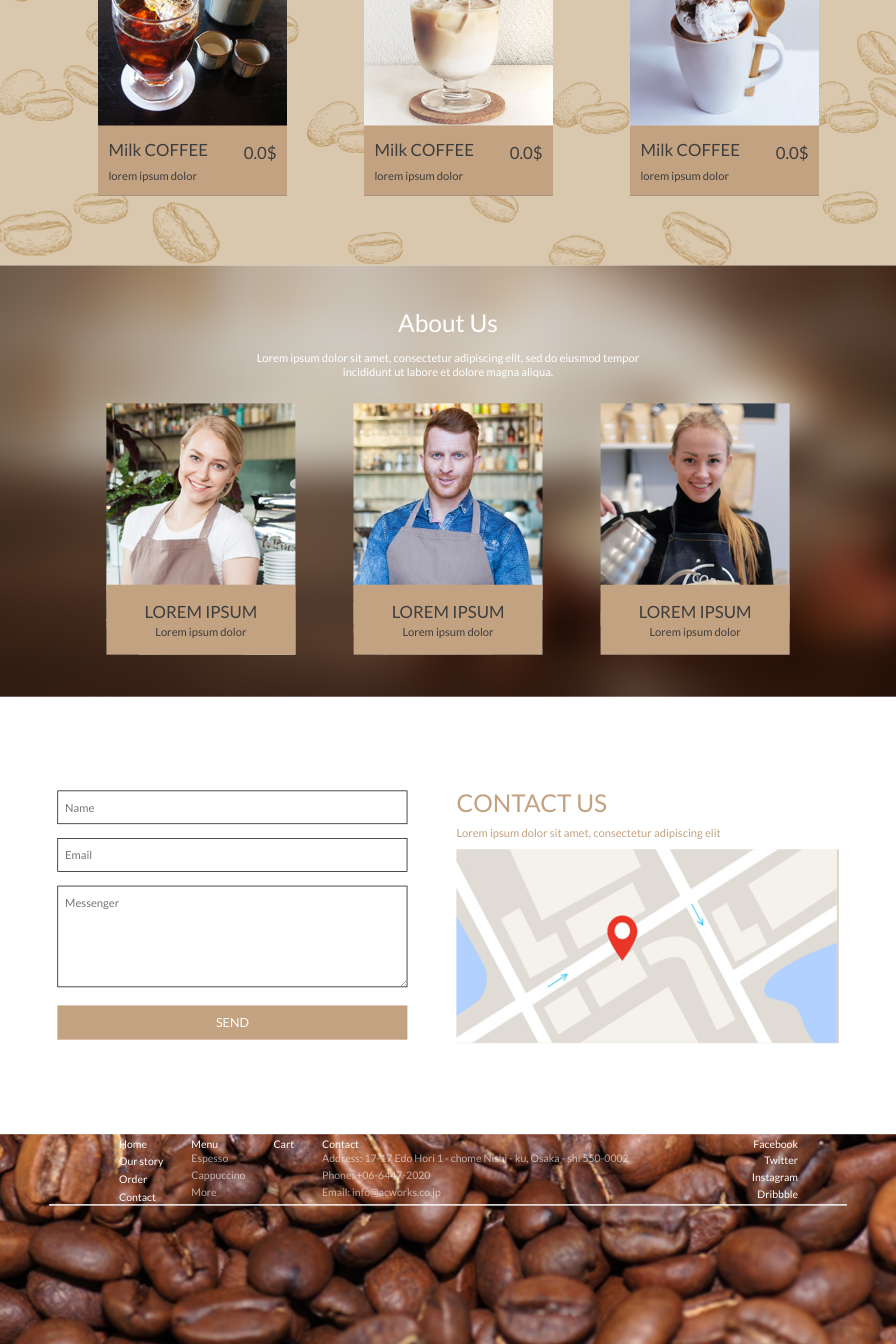
Repository: kuluong2000/coffe
Page: index.html
The author's editor kept a copy of each file at every save. The page is drawn from the files as they stood at one save, then again after the next save.
The browser window is 1280 px wide. The pictures show the part of the page from y = 1976 to 3896 px (the page is 3896 px tall), at 70% of full size.

Above is the page before, as saved 2021-10-06 20:58:17.

### index.html
<!DOCTYPE html>
<html lang="en">
  <head>
    <meta charset="UTF-8" />
    <meta http-equiv="X-UA-Compatible" content="IE=edge" />
    <meta name="viewport" content="width=device-width, initial-scale=1.0" />
    <link rel="stylesheet" href="./libs/css/bootstrap.min.css" />
    <link rel="stylesheet" href="./libs/css/animate.css" />
    <link rel="stylesheet" href="./libs/css/slick-theme.css" />
    <link rel="stylesheet" href="./libs/css/slick.css" />
    <link rel="stylesheet" href="./Assets/css/reset.css" />
    <link rel="stylesheet" href="./Assets/css/style.css" />
    <link rel="stylesheet" href="./Assets/css/responsive.css" />
    <title>Document</title>
  </head>
  <body>
    <header class="header">
      <div class="container">
        <div class="row">
          <div class="header-main">
            <div class="header-menu">
              <a href="#">
                <img src="./Assets/image/logo.png" alt="" srcset="" />
              </a>
            </div>
            <nav>
              <ul class="header-menu">
                <li class="header-menu-item"><a href="#" class="header-menu-link">Home</a></li>
                <li class="header-menu-item"><a href="#" class="header-menu-link">Our Story</a></li>
                <li class="header-menu-item"><a href="#" class="header-menu-link">Menu</a></li>
                <li class="header-menu-item"><a href="#" class="header-menu-link">Order</a></li>
                <li class="header-menu-item"><a href="#" class="header-menu-link">About Us</a></li>
                <li class="header-menu-item"><a href="#" class="header-menu-link">Contact</a></li>
                <li class="header-menu-item"><a href="#" class="header-menu-link">Cart</a></li>
              </ul>
            </nav>
          </div>
        </div>
      </div>
    </header>
    <main>
      <section class="banner">
        <div class="banner-img">
          <img src="./Assets/image/banner.jpg" alt="" srcset="" />
        </div>
        <div class="container">
          <div class="row">
            <div class="banner-main">
              <div class="banner-content">
                <h1 class="banner-heading">HELLO COFFEE</h1>
                <p class="banner-desc">Lorem ipsum dolor sit amet, consectetur adipiscing elit, sed do eiusmod tempor incididunt ut labore et...</p>
                <a href="#" class="btn"> Read More </a>
              </div>
            </div>
          </div>
        </div>
      </section>
      <section class="story">
        <div class="container">
          <div class="row">
            <div class="story-main">
              <div class="story-media">
                <div class="story-image">
                  <img src="./Assets/image/story.jpg" alt="" />
                </div>
              </div>
              <div class="story-info">
                <div class="story-title">Our Story</div>
                <p class="story-desc">
                  Lorem ipsum dolor sit amet, consectetur adipiscing elit, sed do eiusmod tempor incididunt ut labore et dolore magna aliqua.
                  <br />
                  Ut enim ad minim veniam, quis nostrud exercitation ullamco laboris nisi ut aliquip ex ea commodo consequat.
                </p>
                <a href="#" class="btn">Read More</a>
              </div>
            </div>
          </div>
        </div>
      </section>
      <section class="menu">
        <div class="container">
          <div class="row">
            <div class="menu-main">
              <div class="box">
                <h2 class="title menu-box-title">Menu</h2>
                <p class="desc menu-box-desc">Lorem ipsum dolor sit amet, consectetur adipiscing elit, sed do eiusmod tempor incididunt ut labore et dolore magna aliqua.</p>
              </div>
              <div class="menu-list">
                <div class="menu-item">
                  <div class="menu-item-image">
                    <img src="./Assets/image/menu_img1.jpg" alt="" />
                  </div>
                  <div class="menu-item-info">
                    <div class="menu-item-content">
                      <h2 class="menu-item-name">Milk COFFEE</h2>
                      <p class="menu-item-desc">lorem ipsum dolor</p>
                    </div>
                    <p class="menu-item-price">0.0$</p>
                  </div>
                </div>
                <div class="menu-item">
                  <div class="menu-item-image">
                    <img src="./Assets/image/menu_img2.jpg" alt="" />
                  </div>
                  <div class="menu-item-info">
                    <div class="menu-item-content">
                      <h2 class="menu-item-name">Milk COFFEE</h2>
                      <p class="menu-item-desc">lorem ipsum dolor</p>
                    </div>
                    <p class="menu-item-price">0.0$</p>
                  </div>
                </div>
                <div class="menu-item">
                  <div class="menu-item-image">
                    <img src="./Assets/image/menu_img3.jpg" alt="" />
                  </div>
                  <div class="menu-item-info">
                    <div class="menu-item-content">
                      <h2 class="menu-item-name">Milk COFFEE</h2>
                      <p class="menu-item-desc">lorem ipsum dolor</p>
                    </div>
                    <p class="menu-item-price">0.0$</p>
                  </div>
                </div>
                <div class="menu-item">
                  <div class="menu-item-image">
                    <img src="./Assets/image/menu_img4.jpg" alt="" />
                  </div>
                  <div class="menu-item-info">
                    <div class="menu-item-content">
                      <h2 class="menu-item-name">Milk COFFEE</h2>
                      <p class="menu-item-desc">lorem ipsum dolor</p>
                    </div>
                    <p class="menu-item-price">0.0$</p>
                  </div>
                </div>
                <div class="menu-item">
                  <div class="menu-item-image">
                    <img src="./Assets/image/menu_img5.jpg" alt="" />
                  </div>
                  <div class="menu-item-info">
                    <div class="menu-item-content">
                      <h2 class="menu-item-name">Milk COFFEE</h2>
                      <p class="menu-item-desc">lorem ipsum dolor</p>
                    </div>
                    <p class="menu-item-price">0.0$</p>
                  </div>
                </div>
                <div class="menu-item">
                  <div class="menu-item-image">
                    <img src="./Assets/image/menu_img6.jpg" alt="" />
                  </div>
                  <div class="menu-item-info">
                    <div class="menu-item-content">
                      <h2 class="menu-item-name">Milk COFFEE</h2>
                      <p class="menu-item-desc">lorem ipsum dolor</p>
                    </div>
                    <p class="menu-item-price">0.0$</p>
                  </div>
                </div>
              </div>
            </div>
          </div>
        </div>
      </section>
      <section class="about">
        <div class="container">
          <div class="row">
            <div class="about-main">
              <div class="box">
                <h2 class="title">About Us</h2>
                <p class="desc">Lorem ipsum dolor sit amet, consectetur adipiscing elit, sed do eiusmod tempor incididunt ut labore et dolore magna aliqua.</p>
              </div>
              <div class="about-list">
                <div class="about-item">
                  <div class="about-avatar">
                    <img src="/Assets/image/about_img1.jpg" alt="" />
                  </div>
                  <div class="about-info">
                    <h2 class="about-name">Lorem Ipsum</h2>
                    <p class="about-position">Lorem ipsum dolor</p>
                    <a href="#" class="btn about-btn">Read More</a>
                  </div>
                </div>
                <div class="about-item">
                  <div class="about-avatar">
                    <img src="/Assets/image/about_img2.jpg" alt="" />
                  </div>
                  <div class="about-info">
                    <h2 class="about-name">Lorem Ipsum</h2>
                    <p class="about-position">Lorem ipsum dolor</p>
                    <a href="#" class="btn about-btn">Read More</a>
                  </div>
                </div>
                <div class="about-item">
                  <div class="about-avatar">
                    <img src="/Assets/image/about_img3.jpg" alt="" />
                  </div>
                  <div class="about-info">
                    <h2 class="about-name">Lorem Ipsum</h2>
                    <p class="about-position">Lorem ipsum dolor</p>
                    <a href="#" class="btn about-btn">Read More</a>
                  </div>
                </div>
              </div>
            </div>
          </div>
        </div>
      </section>
      <section class="contact">
        <div class="container">
          <div class="row">
            <div class="contact-main">
              <div class="contact-form">
                <form action="">
                  <input type="text" placeholder="Name" />
                  <input type="email" name="" id="" placeholder="Email" />
                  <textarea name="" id="" cols="30" rows="10" placeholder="Messenger"></textarea>
                  <a href="#" class="btn form-btn">Send</a>
                </form>
              </div>
              <div class="contact-map">
                <h2 class="contact-name">Contact Us</h2>
                <p class="contact-desc">Lorem ipsum dolor sit amet, consectetur adipiscing elit</p>
                <img src="./Assets/image/contact_img.jpg" alt="" />
              </div>
            </div>
          </div>
        </div>
      </section>
    </main>
    <footer class="footer">
      <div class="container">
        <div class="row">
          <div class="footer-top">
            <div class="footer-item">
              <nav>
                <ul class="footer-menu">
                  <li class="footer-menu-item"><a href="#" class="footer-menu-link">Home</a></li>
                  <li class="footer-menu-item"><a href="#" class="footer-menu-link">Our story</a></li>
                  <li class="footer-menu-item"><a href="#" class="footer-menu-link">Order</a></li>
                  <li class="footer-menu-item"><a href="#" class="footer-menu-link">Contact</a></li>
                </ul>
              </nav>
            </div>
            <div class="footer-item">
              <div class="footer-item-menu">
                <h4 class="footer-menu-title">Menu</h4>
                <a href="#" class="footer-menu-text">Espesso</a>
                <a href="#" class="footer-menu-text">Cappuccino</a>
                <a href="#" class="footer-menu-text">More</a>
              </div>
            </div>
            <div class="footer-item">
              <div class="footer-item-cart">
                <h4 class="footer-cart-title">cart</h4>
              </div>
            </div>
            <div class="footer-item">
              <div class="footer-item-contact">
                <h4 class="footer-contact-title">Contact</h4>
                <p class="footer-contact-address">Address: 17-17 Edo Hori 1 - chome Nishi - ku, Osaka - shi 550-0002</p>
                <a href="tel:0664472020" class="footer-contact-phone">Phone: +06-6447-2020</a>
                <a href="mailto:info@acworks.co.jp" class="footer-contact-email">Email: info@acworks.co.jp</a>
              </div>
            </div>
            <div class="footer-item">
              <div class="footer-item-social">
                <a href="">facebook</a>
                <a href="">Twitter</a>
                <a href="">Instagram</a>
                <a href="">Dribbble</a>
              </div>
            </div>
          </div>
          <div class="footer-bottom"></div>
        </div>
      </div>
    </footer>

    <script src="./libs/Js/jquery-3.5.1.slim.min.js"></script>
    <script src="./libs/Js/bootstrap.min.js"></script>
    <script src="./libs/Js/slick.min.js"></script>
    <script src="./libs/Js/wow.js"></script>
  </body>
</html>

### Assets/css/reset.css
html, body, div, span, applet, object, iframe,
h1, h2, h3, h4, h5, h6, p, blockquote, pre,
a, abbr, acronym, address, big, cite, code,
del, dfn, em, img, ins, kbd, q, s, samp,
small, strike, strong, sub, sup, tt, var,
b, u, i, center,
dl, dt, dd, ol, ul, li,
fieldset, form, label, legend,
table, caption, tbody, tfoot, thead, tr, th, td,
article, aside, canvas, details, embed,
figure, figcaption, footer, header, hgroup,
menu, nav, output, ruby, section, summary,
time, mark, audio, video {
	margin: 0;
	padding: 0;
	border: 0;
	font-size: 100%;
	vertical-align: baseline;
}
/* HTML5 display-role reset for older browsers */
article, aside, details, figcaption, figure,
footer, header, hgroup, menu, nav, section {
	display: block;
}
* {
	box-sizing: border-box;
}
body {
	line-height: 1;
  font-family: 'Muli', sans-serif;


  font-style: normal;
  font-weight: normal;
  font-size: 16px;
  line-height: 32px;
}
ol, ul {
	list-style: none;
}
blockquote, q {
	quotes: none;
}
blockquote:before, blockquote:after,
q:before, q:after {
	content: '';
	content: none;
}
table {
	border-collapse: collapse;
	border-spacing: 0;
}

img {
  max-width: 100%;
	vertical-align: bottom;
}
a {
	outline: none;
}

### Assets/css/style.css
@import url('https://fonts.googleapis.com/css2?family=Lato:ital,wght@0,400;0,700;0,900;1,300;1,400;1,700;1,900&display=swap');
*{
    padding: 0;
    margin: 0;
    box-sizing: border-box;
}
a{
    text-decoration: none;
}
body{
    font-family: 'Lato', sans-serif;
    font-size: 16px;
    line-height: 1.6;
    color: #3d3d3d;
    font-weight: 400;
}

.header{
    position: absolute;
    width: 100%;
    background-color: rgba(0,0,0 , 0.5);
    padding: 20px 0 20px;
    z-index: 99;
}
.header-main{
    display:flex;
    justify-content: space-between;
    align-items: center;
}
.header-menu{
    display:flex;
    justify-content: space-between;
    align-items: center;
}
.header-menu-item{
    list-style-type: none;
}
.header-menu-item:not(:first-child){
    margin-left: 25px;
}
.header-menu-link{
    position: relative;
    color: white;
    text-transform: uppercase;
    text-decoration: none;
    font-size: 12px;
    padding-bottom: 7px;

}
.header-menu-link::before{
    content: '';
    position: absolute;
    bottom: 0;
    left:  0;
    height: 2px;
    width: 100%;
    background-color: #c3a281;
    transform: scale(0);
    transition: 0.5s;
}
.header-menu-link:hover{
    color: #c3a281;
}
.header-menu-link:hover::before{
    transform: scale(1);
}
.banner{
    position: relative;
    min-height: 660px;

}
.banner-img{
    position: relative;
    z-index: -1;
    object-fit: cover;
    width: 100%;
}
.banner-img img{
    width: 100%;
}

.banner-main{
    position: absolute;
    left: auto;
    top: 50%;
    transform: translateY(-50%);
    color: white;
    width: max-content;

}

.banner-heading{
    font-weight: 400;
    font-size: 48px;
    letter-spacing: 0.5px;
    margin-bottom: 40px;
}
.banner-desc{
    width: 390px;
    margin-bottom: 40px;
}
.btn{
    font-size: 18px;
    color: white;
    font-weight: 400;
    padding: 10px 30px;
    background-color: #c3a281;
    border-radius: 0%;
    text-transform: uppercase;
}
.btn:hover{
    color: white;
}
.story{
    padding-top: 95px;
    min-height: 600px;
}
.story-main{
    display:flex;
    padding: 0 70px;
    align-items: center;
}
.story-media{
    position: relative;
}
.story-icon-play{
    position: absolute;
    top: 50%;
    left: 50%;
    transform:translate(-50%,-50%);
}
.story-image{
    min-width: 600px;
    height: 100%;
    object-fit: cover;
}
.story-image img{
    width: 100%;
    height: 100%;
}
.story-info{
    margin-left: 30px;
}
.story-title{
    font-size: 35px;
    margin-bottom: 20px;
    text-transform: uppercase;
}
.story-desc{
    text-align: justify;
    margin-bottom: 40px;
    line-height: 20px;
}
.menu{

    padding-bottom: 100px;
    background: url(/Assets/image/menu_bg.png) no-repeat center / cover;
}
.menu-main{
    padding: 0;
}
.box{
    padding-top: 60px;
    margin: 0 auto;
    width: 100%;
    max-width: 570px;
    text-align: center  ;
}
.title{
    font-size: 35px;
    margin-bottom: 20px;
    color: white;
}
.desc{
    line-height: 20px;
    color: white;
    margin-bottom: 35px;
}
.menu-list{
    display: grid;
    grid-template-columns: repeat(3,1fr);
    grid-gap: 80px 110px;
    /* display: flex;
    flex-wrap: wrap; */
    padding: 0 70px;



}

.menu-item{
    /* width: calc((100% ) /3); */
    width: 270px;
    position: relative;

}
.menu-item:hover .menu-item-info{
    height: 130px;
    background-color: #3d3d3d;
    color: #c3a281;
}
.menu-item:hover .menu-item-price{
    display: none;
}
.menu-item:hover .menu-item-name{
    border-bottom: 2px solid #c3a281;
}
.menu-item-info{
    display: flex;
    justify-content: space-between;
    background-color: #c3a281;
    padding: 20px 15px;
    width: 270px;
    height: 100px;
    position: absolute;
    bottom: 0;
    left: 0;
    transition: all 0.5s ease;
}

.menu-item-name{
    font-size: 24px;
    margin-bottom: 10px;
}
.menu-item-price{
    font-size: 24px;
}
.about{
    padding-bottom: 60px;
    background: url(/Assets/image/about_bg.jpg) no-repeat center /  cover;
    min-height: 600px;
}
.about-list{
    padding: 0 70px;
    display:flex;
    justify-content: space-between;
    align-items: center;
}
.about-item{
    position: relative;
    width: 270px;
}
.about-avatar{
    max-width: 270px;
    height: 100%;
}
.about-avatar img{
    max-width: 100%;
}
.about-info{
    padding: 25px 0;
    text-align: center;
    width: 270px;
    height: 100px;
    position: absolute;
    bottom: 0;
    left: 0;
    background-color: #c3a281;
    transition: 0.5s;
}
.about-name{
    font-size: 24px;
    text-transform: uppercase;

}
.about-position{
    transition: 0.5s;
}
.about-btn{
    opacity: 0;
    visibility: hidden;
    width: max-content;
    margin: 0 auto;
}

.about-item:hover .about-info{
    height: 125px;
    background-color: #3d3d3d;
    color: #c3a281;
}

.about-item:hover .about-btn{
    margin-top: 5px;
    opacity: 1;
    visibility:visible;

}
.about-item:hover .about-position{
    display: none;
}
.contact{
    padding: 130px 0;
    min-height: 600px;
}
.contact-main{
    display:flex;
    justify-content: space-between;
}
.contact-form{
    width: 100%;
    max-width: 500px;
    margin-right: 70px;
    display:flex;
    justify-content: space-around;
    align-items: center;


}
.contact-form input,
.contact-form textarea{
    width: 100%;
    border: 1px solid black;
    margin-bottom: 20px;
    padding:  10px;
    outline: none;

}
.contact-form textarea{
    height: 145px;
}
.form-btn{
    width: 100%;
}
.contact-name{
    font-size: 35px;
    color: #c3a281;
    margin-bottom: 10px;
    text-transform: uppercase;
}
.contact-desc{
    color: #c3a281;
    margin-bottom: 10px;
}
.contact-map img{
    width: 600px;
    height: 277px;
}
.footer{
    min-height: 300px;
    width: 100%;
    background: url(/Assets/image/footer_bg.jpg) no-repeat center /  cover;
}
.footer-top{
    display:flex;
    justify-content: space-between;
    align-items: baseline;
    flex-wrap: wrap;
    padding: 0 70px;
    position: relative;
    /* margin-left: -30px; */
}
.footer-top::before{
    content: '';
    position: absolute;
    left: 0;
    bottom: 0;
    width: 100%;
    height: 2px;
    background-color: white;

}
.footer-item{
    padding-left: 30px;
}
.footer-item:first-child(),
.footer-item:nth-child(2),
.footer-item:nth-child(3){
    width: 10%;
}
.footer-item:nth-child(4){
    width: 50%;
}
.footer-item:last-child{
    width: 20%;
}
.footer-item-menu,
.footer-item-cart,
.footer-item-contact,
.footer-item-social{
    font-size: 15px;
    color: white;
    display: flex;
    flex-direction: column;

}
.footer-menu-title,
.footer-cart-title,
.footer-contact-title{
    color:white;
    text-transform: capitalize;
}
.footer-menu-link
{
    color: white;
    font-size: 15px;
    transition: 0.5s;
}
.footer-menu-link:hover{
    color: #c3a281;
}
.footer-menu-text,
.footer-contact-address,
.footer-contact-phone,
.footer-contact-email{
    font-size: 15px;
    color: white;
    opacity: 0.6;
}
.footer-menu-text:hover,
.footer-contact-phone:hover,
.footer-contact-email:hover{
    opacity: 1;
    color: #c3a281;
}
.footer-item-social a{
    text-transform: capitalize;
    font-size: 15px;
    color: white;
    text-align: right;
}

### Assets/css/responsive.css
@media (min-width:1400px){
    .container{
        max-width: 1170px;
    }
}

Loaded but not shown: libs/css/bootstrap.min.css (library); libs/css/animate.css (library); libs/css/slick-theme.css (library); libs/css/slick.css (common file); libs/Js/jquery-3.5.1.slim.min.js (library); libs/Js/bootstrap.min.js (library); libs/Js/slick.min.js (library); libs/Js/wow.js (library)

After the next save:
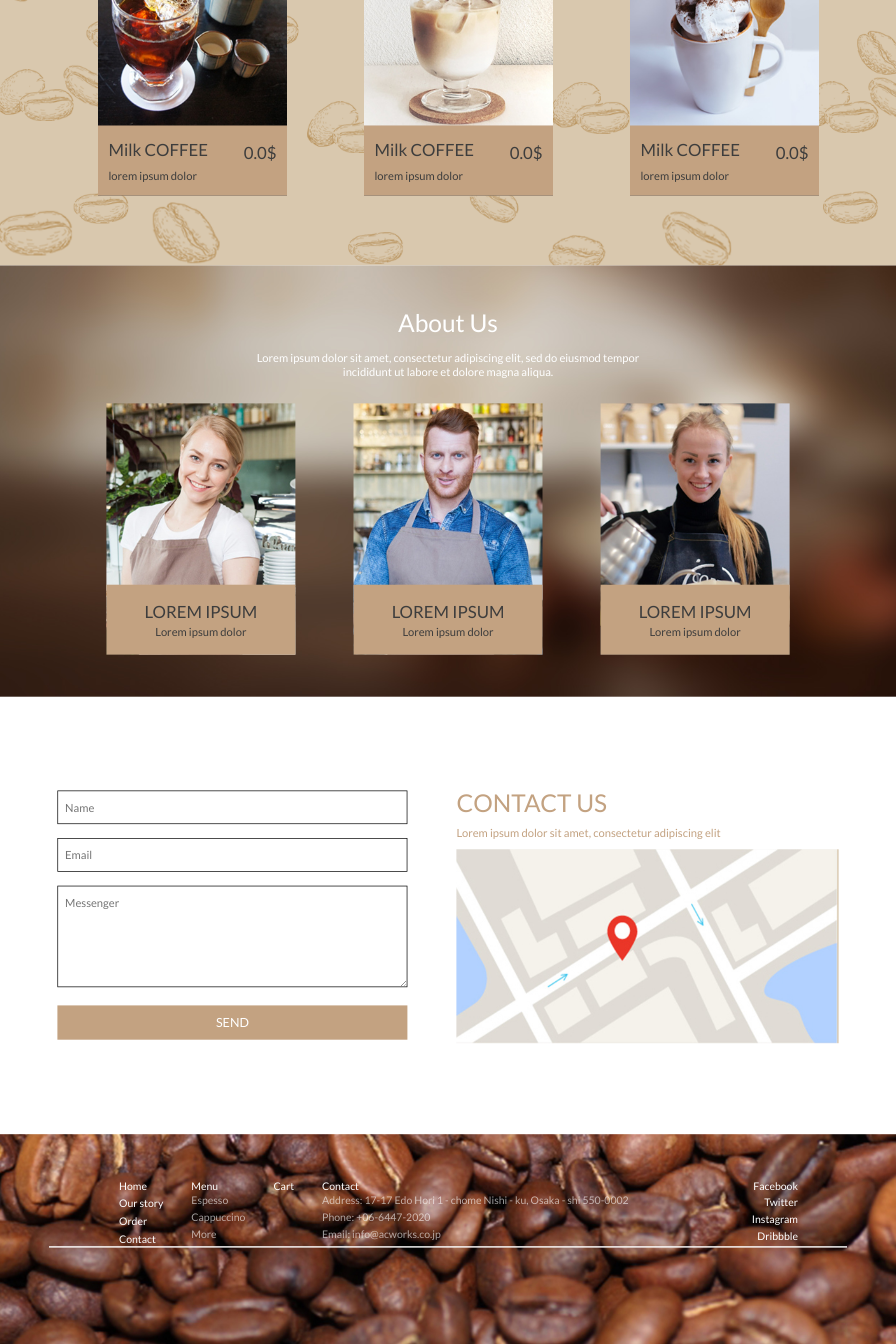
Saved 25 s later.
--- a/Assets/css/style.css
+++ b/Assets/css/style.css
@@ -339,6 +339,7 @@ body{
     min-height: 300px;
     width: 100%;
     background: url(/Assets/image/footer_bg.jpg) no-repeat center /  cover;
+    padding: 60px 0;
 }
 .footer-top{
     display:flex;
